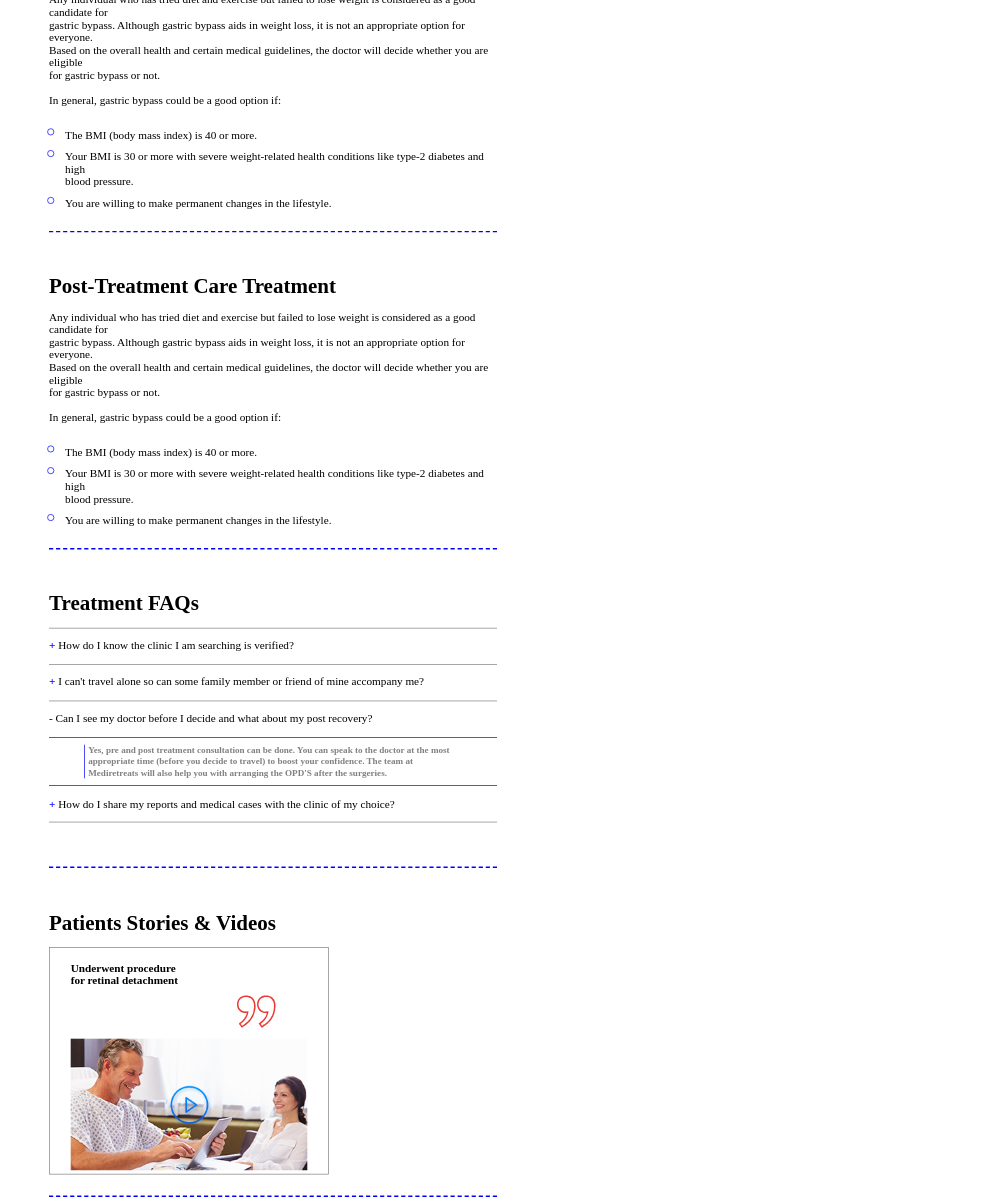
Repository: hetuk2005/webDevelopment
Page: Projects/Aafiya.html
The author's editor kept a copy of each file at every save. The page is drawn from the files as they stood at one save, then again after the next save.
The browser window is 1280 px wide. The page is 1438 px wide, so the pictures cover 1438 px, including what lies to the right of the window. The pictures show the part of the page from y = 2817 to 4537 px (the page is 4537 px tall before and 4517 px after), at 70% of full size.

Above is the page before, as saved 2025-04-08 11:03:42.

After the next save:
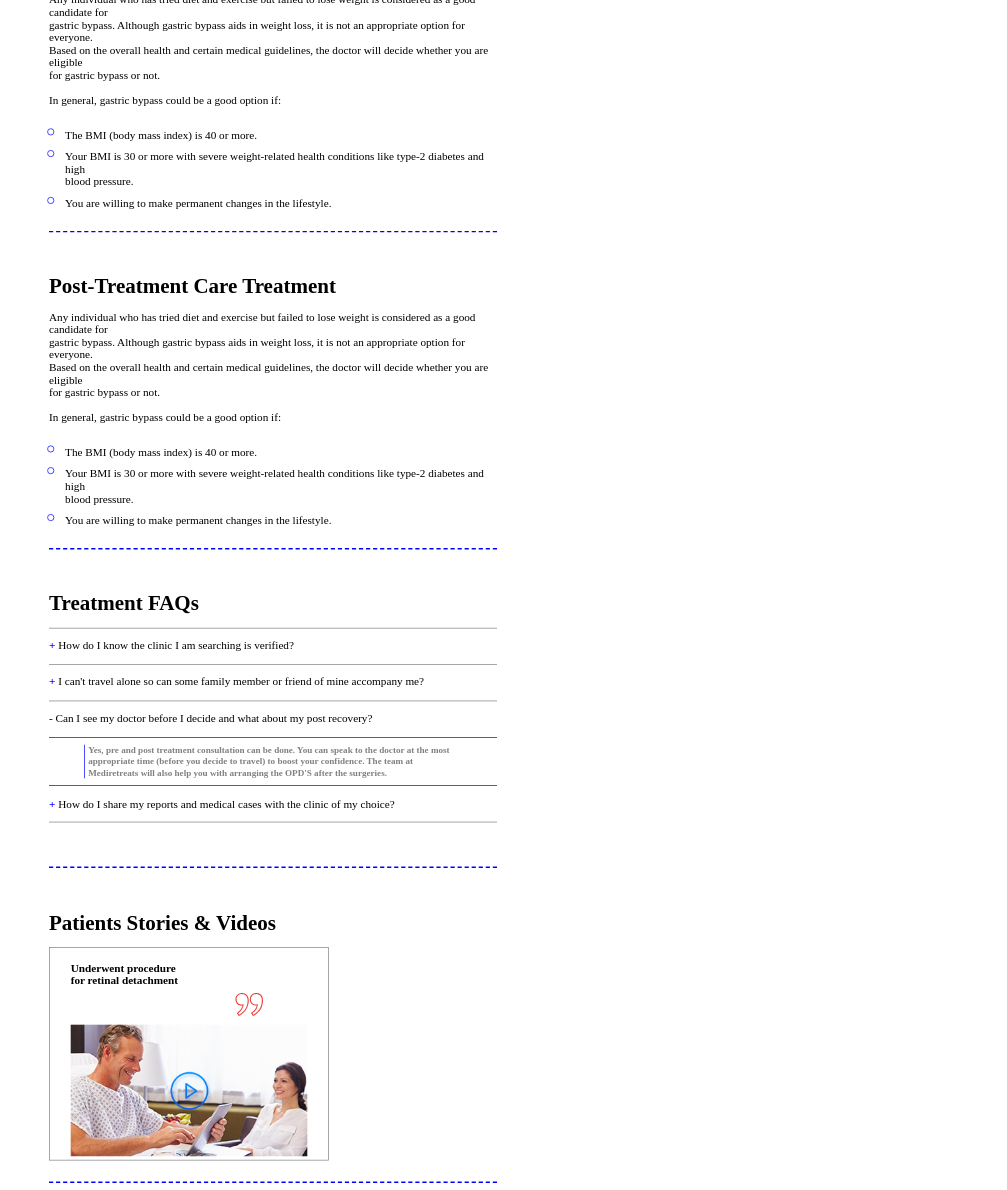
Saved 29 s later.
--- a/Projects/CSS/Aafiya.css
+++ b/Projects/CSS/Aafiya.css
@@ -525,8 +525,8 @@ span {
 }
 
 .patient_stories>.stories_img>.text1>.stories_text>.quotes {
-    height: 70px;
-    width: 70px;
+    height: 50px;
+    width: 50px;
     margin-left: 230px;
     object-fit: contain;
 }
